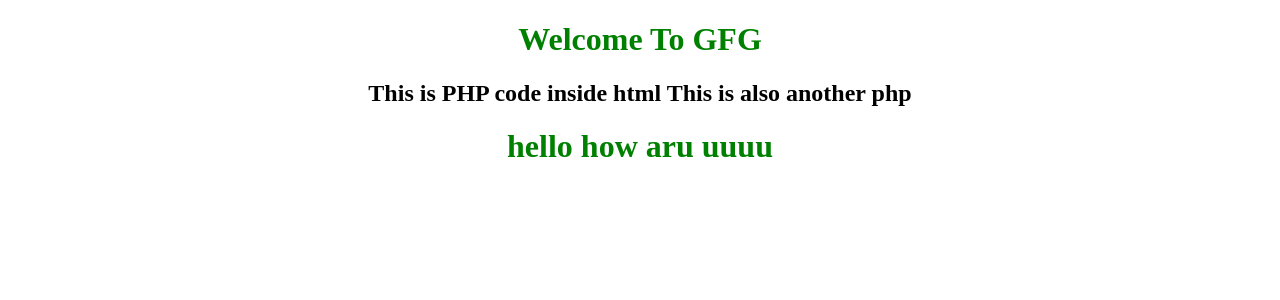
Repository: aashlinrajan/PHPprojectGH
Page: http://localhost/example1.php
An editor plug-in stored every save of this project. The page is shown before and after the next save, followed by the edit.
The browser window is 1280 px wide. The pictures show the whole page.
The page is run by PHP 8.4 with error messages shown; the project is at /var/www/html/.

Above is the page before, as saved 2022-12-14 11:04:06.

After the next save:
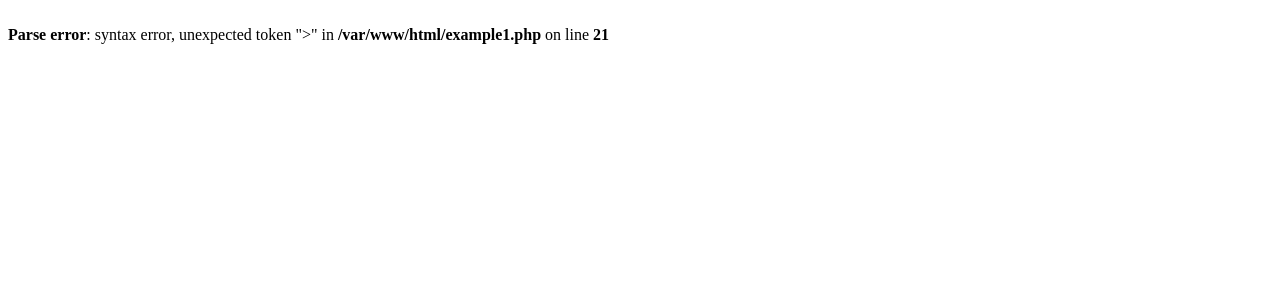
Saved 5 s later.
--- a/example1.php
+++ b/example1.php
@@ -18,7 +18,7 @@
             echo "This is PHP code inside html";
             echo " This is also another php";
 
-            echo "<h1> hello how aru uuuu";
+            echo "<h1> hello how aru uuuu"<h1>;
 
             ?>
         </h2>

After the 2 saves that followed:
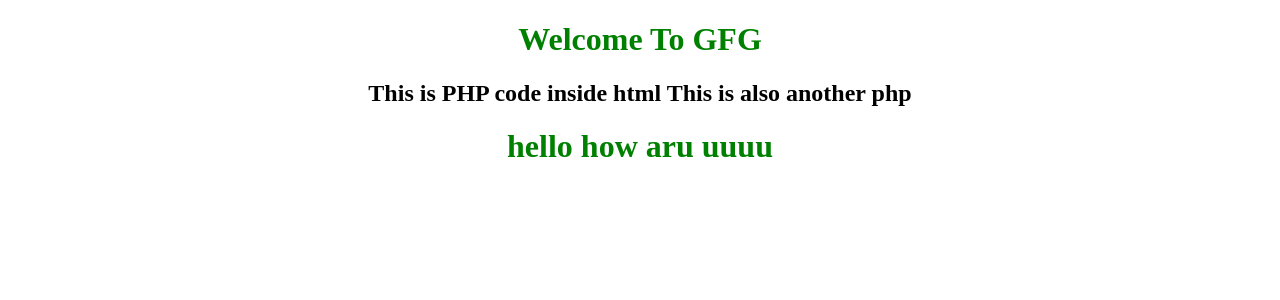
The 2 saves are shown as one change because they came seconds apart.
The last was saved 8 s later.
--- a/example1.php
+++ b/example1.php
@@ -18,7 +18,7 @@
             echo "This is PHP code inside html";
             echo " This is also another php";
 
-            echo "<h1> hello how aru uuuu"<h1>;
+            echo "<h1> hello how aru uuuu<h1>";
 
             ?>
         </h2>
